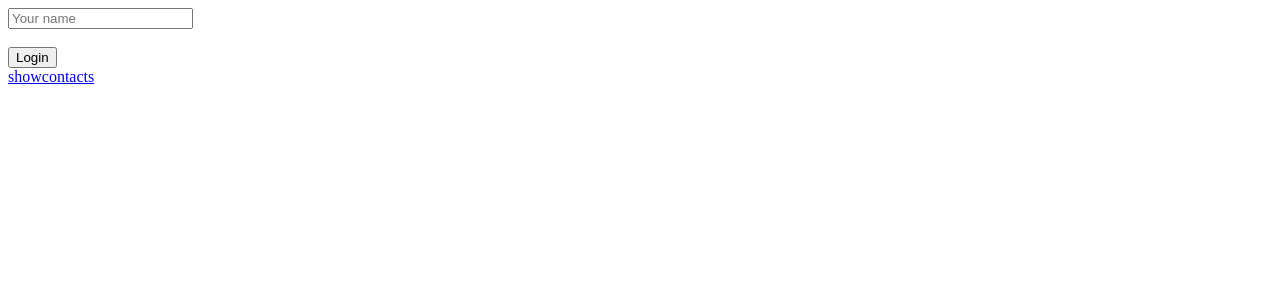
Repository: ScorpionHell7/ServletProjects
Page: http://localhost/ImplicitObjects/index.jsp
An editor plug-in stored every save of this project. The page is shown before and after the next save, followed by the edit.
The browser window is 1280 px wide. The pictures show the whole page.
The page is served by Tomcat 9.

Above is the page before, as saved 2024-05-04 04:46:27.

After the next save:
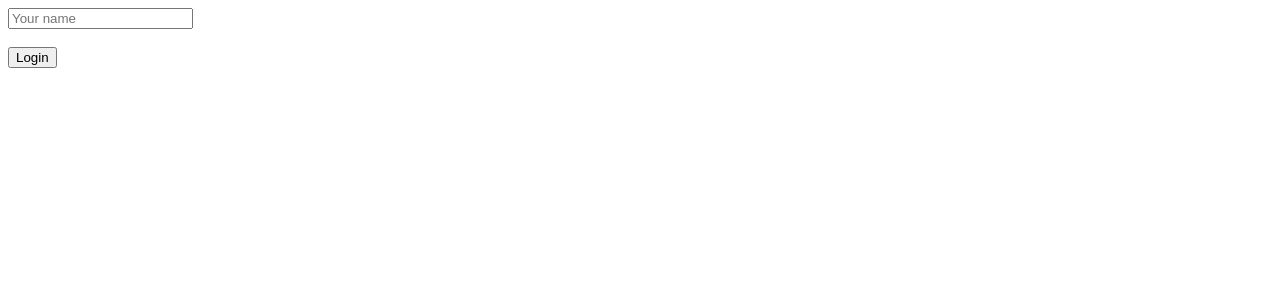
Saved 8 s later.
--- a/Servlet_workspace/ImplicitObjects/src/main/webapp/index.jsp
+++ b/Servlet_workspace/ImplicitObjects/src/main/webapp/index.jsp
@@ -14,7 +14,6 @@
             <br>
             <input type="submit" value="Login">
         </form>
-        <a href='<%= response.encodeURL("show") %>'>showcontacts</a>
     </div>
 
 </body>
